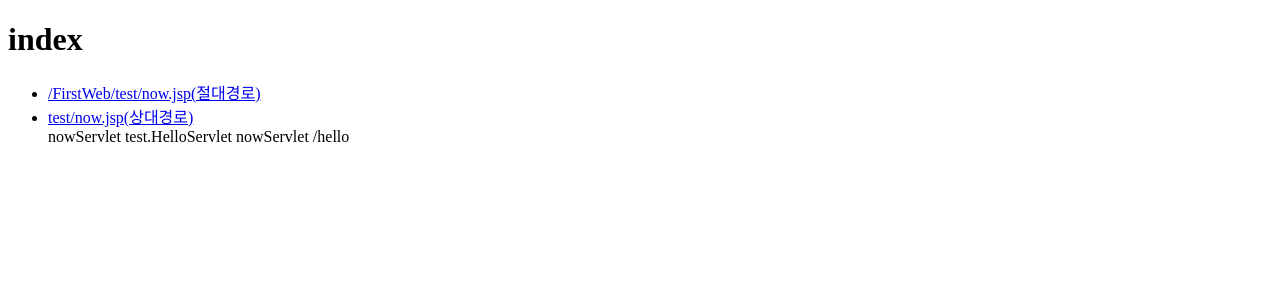
Repository: 2hundred2ne2/bit
Page: http://localhost/First_Web/
An editor plug-in stored every save of this project. The page is shown before and after the next save, followed by the edit.
The browser window is 1280 px wide. The pictures show the whole page.
The page is served by Tomcat 9. Other server files are loaded and not shown.

Above is the page before, as saved 2020-12-15 04:04:44.

### JSP_PROJECT/First_Web/WebContent/index.jsp
<%@ page language="java" contentType="text/html; charset=UTF-8"
    pageEncoding="UTF-8"%>
<!DOCTYPE html>
<html>
<head>
<meta charset="UTF-8">
<title>First Jsp</title>
</head>
<body>
<h1>index</h1>
<ul>

<li><a href="/FirstWeb/test/now.jsp">/FirstWeb/test/now.jsp(절대경로)</a></li>
<li><a href="test/now.jsp">test/now.jsp(상대경로)</a></li>
 <!--
  			서블릿 등록
  			서블릿 이름, 서블릿 클래스의 풀 네임
  -->
  <servlet>
  	<servlet-name>nowServlet</servlet-name>
  	<servlet-class>test.HelloServlet</servlet-class>
  </servlet>

  <servlet-mapping>
  	<servlet-name>nowServlet</servlet-name>
  	<url-pattern>/hello</url-pattern>
  </servlet-mapping>
</ul>
</body>
</html>

After the next save:
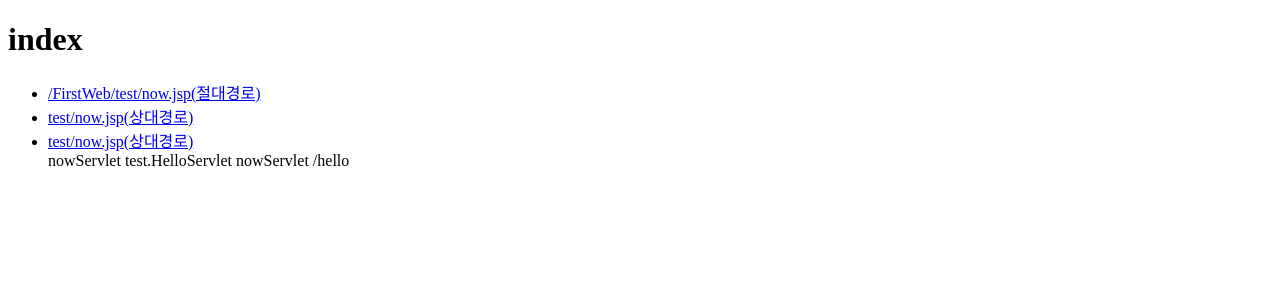
Saved 62 s later.
--- a/JSP_PROJECT/First_Web/WebContent/index.jsp
+++ b/JSP_PROJECT/First_Web/WebContent/index.jsp
@@ -12,6 +12,7 @@
 
 <li><a href="/FirstWeb/test/now.jsp">/FirstWeb/test/now.jsp(절대경로)</a></li>
 <li><a href="test/now.jsp">test/now.jsp(상대경로)</a></li>
+<li><a href="test/application/msword">test/now.jsp(상대경로)</a></li>
  <!--
   			서블릿 등록
   			서블릿 이름, 서블릿 클래스의 풀 네임
